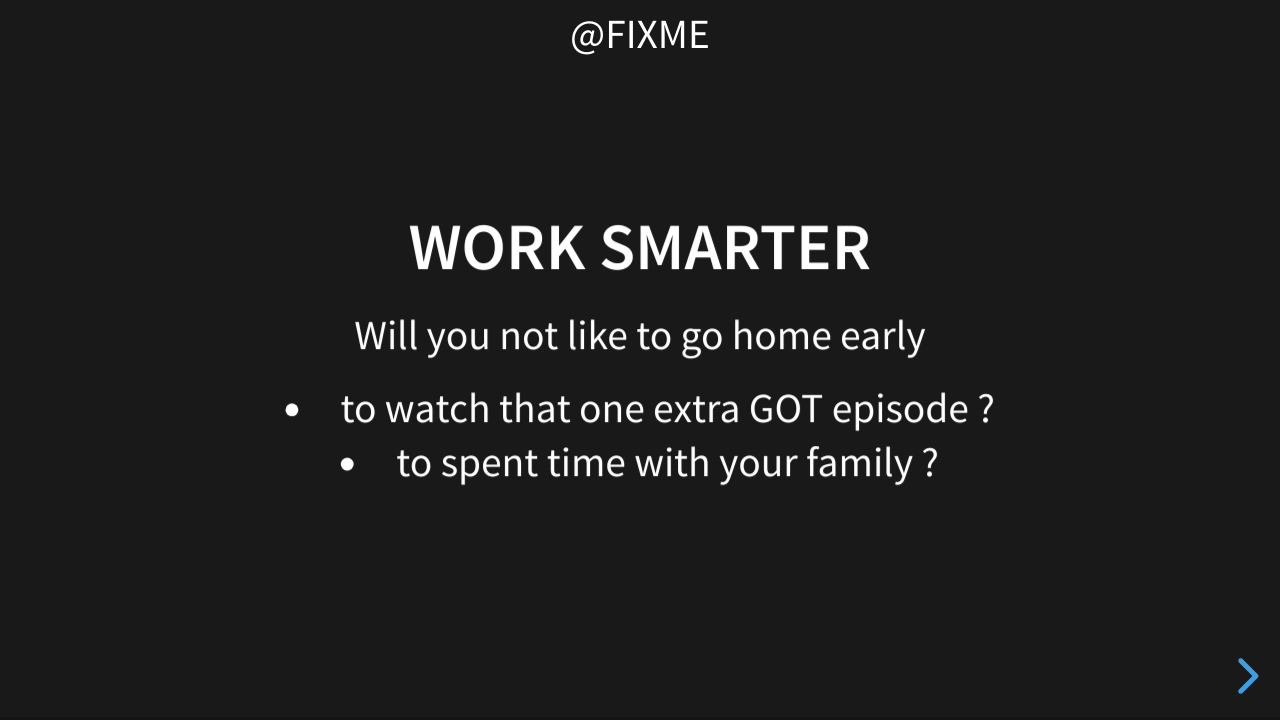
Repository: swapnilshrikhande/worksmarter
Page: index.html
The author's editor kept a copy of each file at every save. The page is drawn from the files as they stood at one save, then again after the next save.
The browser window is 1280 px wide. The pictures show the whole page.

Above is the page before, as saved 2019-10-22 18:03:45.

### index.html
<!doctype html>
<html>
	<head>
		<meta charset="utf-8">
		<meta name="viewport" content="width=device-width, initial-scale=1.0, maximum-scale=1.0, user-scalable=no">

		<title>Productivity Tools - Work Smart </title>

		<link rel="stylesheet" href="css/reset.css">
		<link rel="stylesheet" href="css/reveal.css">
		<!-- <link rel="stylesheet" href="css/theme/white.css"> -->
		<link rel="stylesheet" href="css/theme/black.css" id="theme">

		<!-- Theme used for syntax highlighting of code -->
		<link rel="stylesheet" href="lib/css/monokai.css">

		<!-- Printing and PDF exports -->
		<script>
			var link = document.createElement( 'link' );
			link.rel = 'stylesheet';
			link.type = 'text/css';
			link.href = window.location.search.match( /print-pdf/gi ) ? 'css/print/pdf.css' : 'css/print/paper.css';
			document.getElementsByTagName( 'head' )[0].appendChild( link );
		</script>
	</head>
	<body>
		<div class="reveal">
			<div class="slides">
				<section>
					<h2>Work Smarter</h2>
					<p>
						Will you not like to go home early
						<li>to watch that one extra GOT episode ?</li>
						<li>to spent time with your family ?</li>
					</p>
				</section>
				<section>
					<ul>
						<img src="img/now_lunch.jpg">
						</img>
					</ul>
				</section>
				<section>
					<h2>Where do we spend most of our time ?</h2>
					<ul>
						<img src="img/sleeping_at_computer.png">
						</img>
					</ul>
				</section>
				<section>
					<h2>Key Areas</h2>
					<ul>
						<li>
							Hours spent on noisy internet for solutions
						</li>
						<li>
							Browsing code
						</li>
						<li>
							Retrieving lost code
						</li>
						<li>
							Dealing with syntactic dragons
						</li>
						<li>
							Formatting code
						</li>
					</ul>
				</section>
				<section>
					<h2>Searching Solutions</h2>
					<ul>
						<li>
							Code Search - vscode-snippet
							<ul>
								<li>Add a comment</li>
								<li>Search solutions</li>
								<li>Select the solution</li>
								<li><code>Ctrl + Shift + s</code></li>
							</ul>
						</li>
					</ul>
				</section>
				<section>
					<h2>Browsing Code</h2>
					<ul>
						<li>
							Last edit location across project
							<ul>
								<li><code> Ctrl + k + q </code></li>
							</ul>
						</li>
						<li>
							Select block
							<ul>
							<li><code>Shift + Alt + right-arrow or left-arrow  </code></li>
							</ul>
						</li>
						<li>
							Copying block of code
							<ul>
							<li><code>Shift + Alt + Up or Down arrow key  </code></li>
							</ul>
						</li>
						<li>
							Goto method definition
							<ul>
							<li><code> Ctrl + F12 </code></li>
							</ul>
						</li>
					</ul>
				</section>

				<section>
					<h2>Browsing Tasks</h2>
					<ul>
						<li>@TODO</li>
						<li>@REVIEW</li>
						<li>@FIXME</li>
						<li>TODO Tree </li>
					</ul>
				</section>

				@FIXME
				<section>
					<h2>Repeated Code</h2>
					<ul>
						<li>
							Emmet
						</li>
						<!-- <li>
							Need clarification on Snippet because its already added above.
						</li> -->

					</ul>
				</section>

				<section>
						<h2>Local File History</h2>
						<ul>
							<li>
								Local History
							</li>
						</ul>
				</section>
				<section>
						<h2>Formatting</h2>
						<ul>
							<li>
								Prettifier
							</li>
						</ul>
				</section>
				<section>
						<h2>Code Review for silly mistakes / Static code analysis</h2>
						<ul>
							<li>Lints</li>
							<li>Apex PMD</li>
						</ul>
				</section>

			</div>
		</div>

		<script src="js/reveal.js"></script>

		<script>
			// More info about config & dependencies:
			// - https://github.com/hakimel/reveal.js#configuration
			// - https://github.com/hakimel/reveal.js#dependencies
			Reveal.initialize({
				dependencies: [
					{ src: 'plugin/markdown/marked.js' },
					{ src: 'plugin/markdown/markdown.js' },
					{ src: 'plugin/notes/notes.js', async: true },
					{ src: 'plugin/highlight/highlight.js', async: true }
				]
			});
		</script>
	</body>
</html>

### css/theme/black.css
/**
 * Black theme for reveal.js. This is the opposite of the 'white' theme.
 *
 * By Hakim El Hattab, http://hakim.se
 */
@import url(../../lib/font/source-sans-pro/source-sans-pro.css);
section.has-light-background, section.has-light-background h1, section.has-light-background h2, section.has-light-background h3, section.has-light-background h4, section.has-light-background h5, section.has-light-background h6 {
  color: #222; }

/*********************************************
 * GLOBAL STYLES
 *********************************************/
body {
  background: #191919;
  background-color: #191919; }

.reveal {
  font-family: "Source Sans Pro", Helvetica, sans-serif;
  font-size: 42px;
  font-weight: normal;
  color: #fff; }

::selection {
  color: #fff;
  background: #bee4fd;
  text-shadow: none; }

::-moz-selection {
  color: #fff;
  background: #bee4fd;
  text-shadow: none; }

.reveal .slides section,
.reveal .slides section > section {
  line-height: 1.3;
  font-weight: inherit; }

/*********************************************
 * HEADERS
 *********************************************/
.reveal h1,
.reveal h2,
.reveal h3,
.reveal h4,
.reveal h5,
.reveal h6 {
  margin: 0 0 20px 0;
  color: #fff;
  font-family: "Source Sans Pro", Helvetica, sans-serif;
  font-weight: 600;
  line-height: 1.2;
  letter-spacing: normal;
  text-transform: uppercase;
  text-shadow: none;
  word-wrap: break-word; }

.reveal h1 {
  font-size: 2.5em; }

.reveal h2 {
  font-size: 1.6em; }

.reveal h3 {
  font-size: 1.3em; }

.reveal h4 {
  font-size: 1em; }

.reveal h1 {
  text-shadow: none; }

/*********************************************
 * OTHER
 *********************************************/
.reveal p {
  margin: 20px 0;
  line-height: 1.3; }

/* Ensure certain elements are never larger than the slide itself */
.reveal img,
.reveal video,
.reveal iframe {
  max-width: 95%;
  max-height: 95%; }

.reveal strong,
.reveal b {
  font-weight: bold; }

.reveal em {
  font-style: italic; }

.reveal ol,
.reveal dl,
.reveal ul {
  display: inline-block;
  text-align: left;
  margin: 0 0 0 1em; }

.reveal ol {
  list-style-type: decimal; }

.reveal ul {
  list-style-type: disc; }

.reveal ul ul {
  list-style-type: square; }

.reveal ul ul ul {
  list-style-type: circle; }

.reveal ul ul,
.reveal ul ol,
.reveal ol ol,
.reveal ol ul {
  display: block;
  margin-left: 40px; }

.reveal dt {
  font-weight: bold; }

.reveal dd {
  margin-left: 40px; }

.reveal blockquote {
  display: block;
  position: relative;
  width: 70%;
  margin: 20px auto;
  padding: 5px;
  font-style: italic;
  background: rgba(255, 255, 255, 0.05);
  box-shadow: 0px 0px 2px rgba(0, 0, 0, 0.2); }

.reveal blockquote p:first-child,
.reveal blockquote p:last-child {
  display: inline-block; }

.reveal q {
  font-style: italic; }

.reveal pre {
  display: block;
  position: relative;
  width: 90%;
  margin: 20px auto;
  text-align: left;
  font-size: 0.55em;
  font-family: monospace;
  line-height: 1.2em;
  word-wrap: break-word;
  box-shadow: 0px 5px 15px rgba(0, 0, 0, 0.15); }

.reveal code {
  font-family: monospace;
  text-transform: none; }

.reveal pre code {
  display: block;
  padding: 5px;
  overflow: auto;
  max-height: 400px;
  word-wrap: normal; }

.reveal table {
  margin: auto;
  border-collapse: collapse;
  border-spacing: 0; }

.reveal table th {
  font-weight: bold; }

.reveal table th,
.reveal table td {
  text-align: left;
  padding: 0.2em 0.5em 0.2em 0.5em;
  border-bottom: 1px solid; }

.reveal table th[align="center"],
.reveal table td[align="center"] {
  text-align: center; }

.reveal table th[align="right"],
.reveal table td[align="right"] {
  text-align: right; }

.reveal table tbody tr:last-child th,
.reveal table tbody tr:last-child td {
  border-bottom: none; }

.reveal sup {
  vertical-align: super;
  font-size: smaller; }

.reveal sub {
  vertical-align: sub;
  font-size: smaller; }

.reveal small {
  display: inline-block;
  font-size: 0.6em;
  line-height: 1.2em;
  vertical-align: top; }

.reveal small * {
  vertical-align: top; }

/*********************************************
 * LINKS
 *********************************************/
.reveal a {
  color: #42affa;
  text-decoration: none;
  -webkit-transition: color .15s ease;
  -moz-transition: color .15s ease;
  transition: color .15s ease; }

.reveal a:hover {
  color: #8dcffc;
  text-shadow: none;
  border: none; }

.reveal .roll span:after {
  color: #fff;
  background: #068de9; }

/*********************************************
 * IMAGES
 *********************************************/
.reveal section img {
  margin: 15px 0px;
  background: rgba(255, 255, 255, 0.12);
  border: 4px solid #fff;
  box-shadow: 0 0 10px rgba(0, 0, 0, 0.15); }

.reveal section img.plain {
  border: 0;
  box-shadow: none; }

.reveal a img {
  -webkit-transition: all .15s linear;
  -moz-transition: all .15s linear;
  transition: all .15s linear; }

.reveal a:hover img {
  background: rgba(255, 255, 255, 0.2);
  border-color: #42affa;
  box-shadow: 0 0 20px rgba(0, 0, 0, 0.55); }

/*********************************************
 * NAVIGATION CONTROLS
 *********************************************/
.reveal .controls {
  color: #42affa; }

/*********************************************
 * PROGRESS BAR
 *********************************************/
.reveal .progress {
  background: rgba(0, 0, 0, 0.2);
  color: #42affa; }

.reveal .progress span {
  -webkit-transition: width 800ms cubic-bezier(0.26, 0.86, 0.44, 0.985);
  -moz-transition: width 800ms cubic-bezier(0.26, 0.86, 0.44, 0.985);
  transition: width 800ms cubic-bezier(0.26, 0.86, 0.44, 0.985); }

/*********************************************
 * PRINT BACKGROUND
 *********************************************/
@media print {
  .backgrounds {
    background-color: #191919; } }

### css/print/paper.css
/* Default Print Stylesheet Template
   by Rob Glazebrook of CSSnewbie.com
   Last Updated: June 4, 2008

   Feel free (nay, compelled) to edit, append, and
   manipulate this file as you see fit. */


@media print {

	/* SECTION 1: Set default width, margin, float, and
	   background. This prevents elements from extending
	   beyond the edge of the printed page, and prevents
	   unnecessary background images from printing */
	html {
		background: #fff;
		width: auto;
		height: auto;
		overflow: visible;
	}
	body {
		background: #fff;
		font-size: 20pt;
		width: auto;
		height: auto;
		border: 0;
		margin: 0 5%;
		padding: 0;
		overflow: visible;
		float: none !important;
	}

	/* SECTION 2: Remove any elements not needed in print.
	   This would include navigation, ads, sidebars, etc. */
	.nestedarrow,
	.controls,
	.fork-reveal,
	.share-reveal,
	.state-background,
	.reveal .progress,
	.reveal .backgrounds,
	.reveal .slide-number {
		display: none !important;
	}

	/* SECTION 3: Set body font face, size, and color.
	   Consider using a serif font for readability. */
	body, p, td, li, div {
		font-size: 20pt!important;
		font-family: Georgia, "Times New Roman", Times, serif !important;
		color: #000;
	}

	/* SECTION 4: Set heading font face, sizes, and color.
	   Differentiate your headings from your body text.
	   Perhaps use a large sans-serif for distinction. */
	h1,h2,h3,h4,h5,h6 {
		color: #000!important;
		height: auto;
		line-height: normal;
		font-family: Georgia, "Times New Roman", Times, serif !important;
		text-shadow: 0 0 0 #000 !important;
		text-align: left;
		letter-spacing: normal;
	}
	/* Need to reduce the size of the fonts for printing */
	h1 { font-size: 28pt !important;  }
	h2 { font-size: 24pt !important; }
	h3 { font-size: 22pt !important; }
	h4 { font-size: 22pt !important; font-variant: small-caps; }
	h5 { font-size: 21pt !important; }
	h6 { font-size: 20pt !important; font-style: italic; }

	/* SECTION 5: Make hyperlinks more usable.
	   Ensure links are underlined, and consider appending
	   the URL to the end of the link for usability. */
	a:link,
	a:visited {
		color: #000 !important;
		font-weight: bold;
		text-decoration: underline;
	}
	/*
	.reveal a:link:after,
	.reveal a:visited:after {
		content: " (" attr(href) ") ";
		color: #222 !important;
		font-size: 90%;
	}
	*/


	/* SECTION 6: more reveal.js specific additions by @skypanther */
	ul, ol, div, p {
		visibility: visible;
		position: static;
		width: auto;
		height: auto;
		display: block;
		overflow: visible;
		margin: 0;
		text-align: left !important;
	}
	.reveal pre,
	.reveal table {
		margin-left: 0;
		margin-right: 0;
	}
	.reveal pre code {
		padding: 20px;
		border: 1px solid #ddd;
	}
	.reveal blockquote {
		margin: 20px 0;
	}
	.reveal .slides {
		position: static !important;
		width: auto !important;
		height: auto !important;

		left: 0 !important;
		top: 0 !important;
		margin-left: 0 !important;
		margin-top: 0 !important;
		padding: 0 !important;
		zoom: 1 !important;

		overflow: visible !important;
		display: block !important;

		text-align: left !important;
		-webkit-perspective: none;
		   -moz-perspective: none;
		    -ms-perspective: none;
		        perspective: none;

		-webkit-perspective-origin: 50% 50%;
		   -moz-perspective-origin: 50% 50%;
		    -ms-perspective-origin: 50% 50%;
		        perspective-origin: 50% 50%;
	}
	.reveal .slides section {
		visibility: visible !important;
		position: static !important;
		width: auto !important;
		height: auto !important;
		display: block !important;
		overflow: visible !important;

		left: 0 !important;
		top: 0 !important;
		margin-left: 0 !important;
		margin-top: 0 !important;
		padding: 60px 20px !important;
		z-index: auto !important;

		opacity: 1 !important;

		page-break-after: always !important;

		-webkit-transform-style: flat !important;
		   -moz-transform-style: flat !important;
		    -ms-transform-style: flat !important;
		        transform-style: flat !important;

		-webkit-transform: none !important;
		   -moz-transform: none !important;
		    -ms-transform: none !important;
		        transform: none !important;

		-webkit-transition: none !important;
		   -moz-transition: none !important;
		    -ms-transition: none !important;
		        transition: none !important;
	}
	.reveal .slides section.stack {
		padding: 0 !important;
	}
	.reveal section:last-of-type {
		page-break-after: avoid !important;
	}
	.reveal section .fragment {
		opacity: 1 !important;
		visibility: visible !important;

		-webkit-transform: none !important;
		   -moz-transform: none !important;
		    -ms-transform: none !important;
		        transform: none !important;
	}
	.reveal section img {
		display: block;
		margin: 15px 0px;
		background: rgba(255,255,255,1);
		border: 1px solid #666;
		box-shadow: none;
	}

	.reveal section small {
		font-size: 0.8em;
	}

}

Loaded but not shown: css/reset.css (common file); lib/css/monokai.css (common file); js/reveal.js (library); lib/font/source-sans-pro/source-sans-pro.css (common file); plugin/markdown/marked.js (library); plugin/markdown/markdown.js (library); plugin/notes/notes.js (library); plugin/highlight/highlight.js (library); css/reveal.css (1598 lines, source omitted)

After the next save:
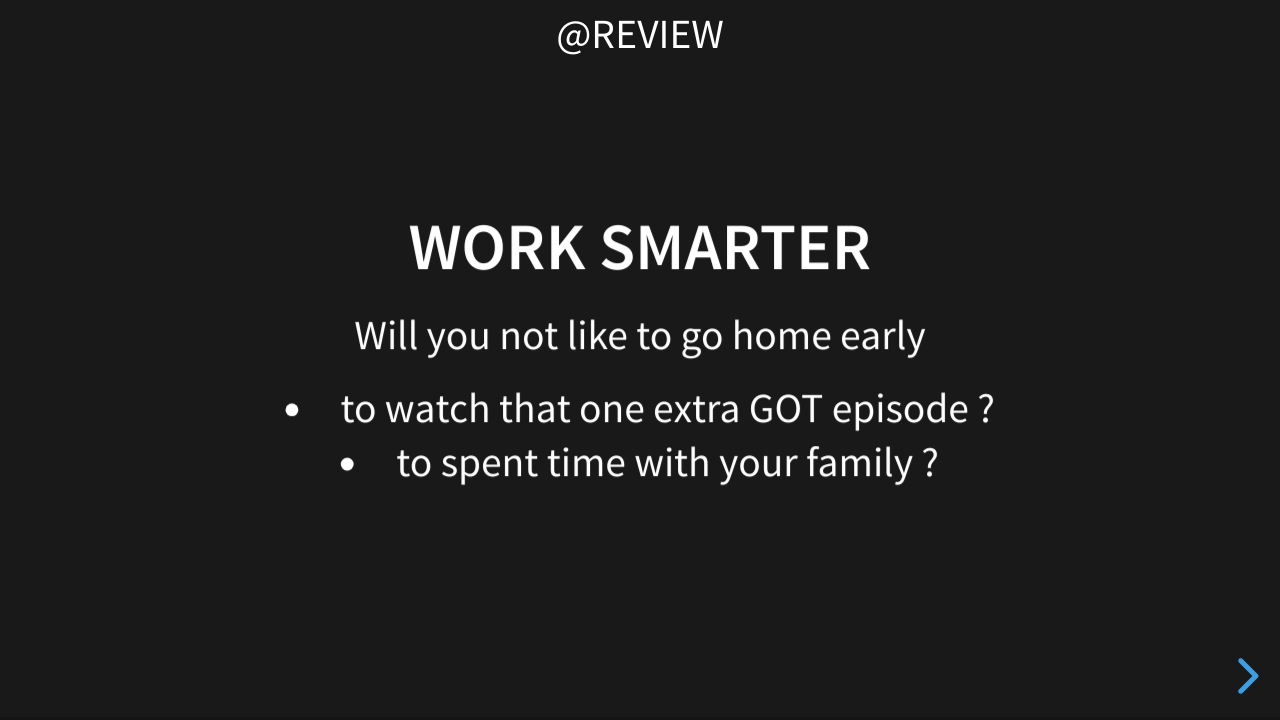
Saved 56 s later.
--- a/index.html
+++ b/index.html
@@ -121,7 +121,7 @@
 					</ul>
 				</section>
 
-				@FIXME
+				@REVIEW
 				<section>
 					<h2>Repeated Code</h2>
 					<ul>
